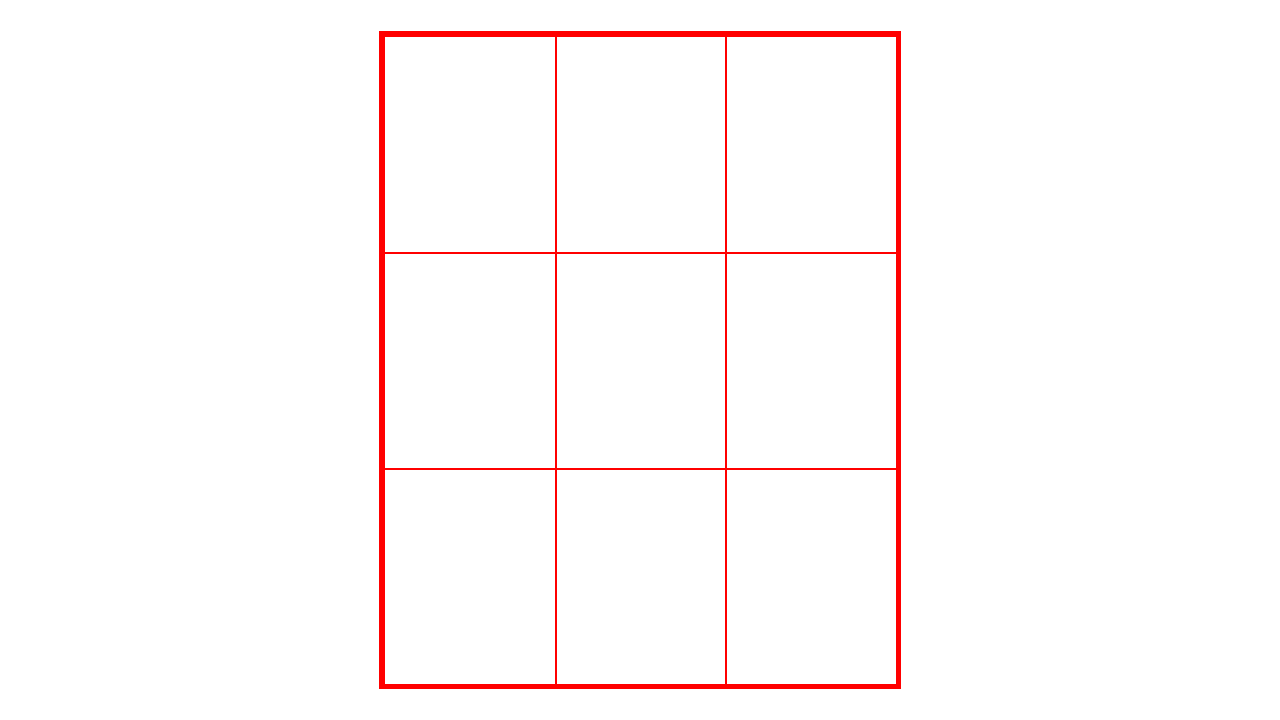
Repository: kocokoy/TOP-tic-tac-toe
Page: index.html
The author's editor kept a copy of each file at every save. The page is drawn from the files as they stood at one save, then again after the next save.
The browser window is 1280 px wide. The pictures show the whole page.

Above is the page before, as saved 2024-11-07 14:45:30.

After the next save:
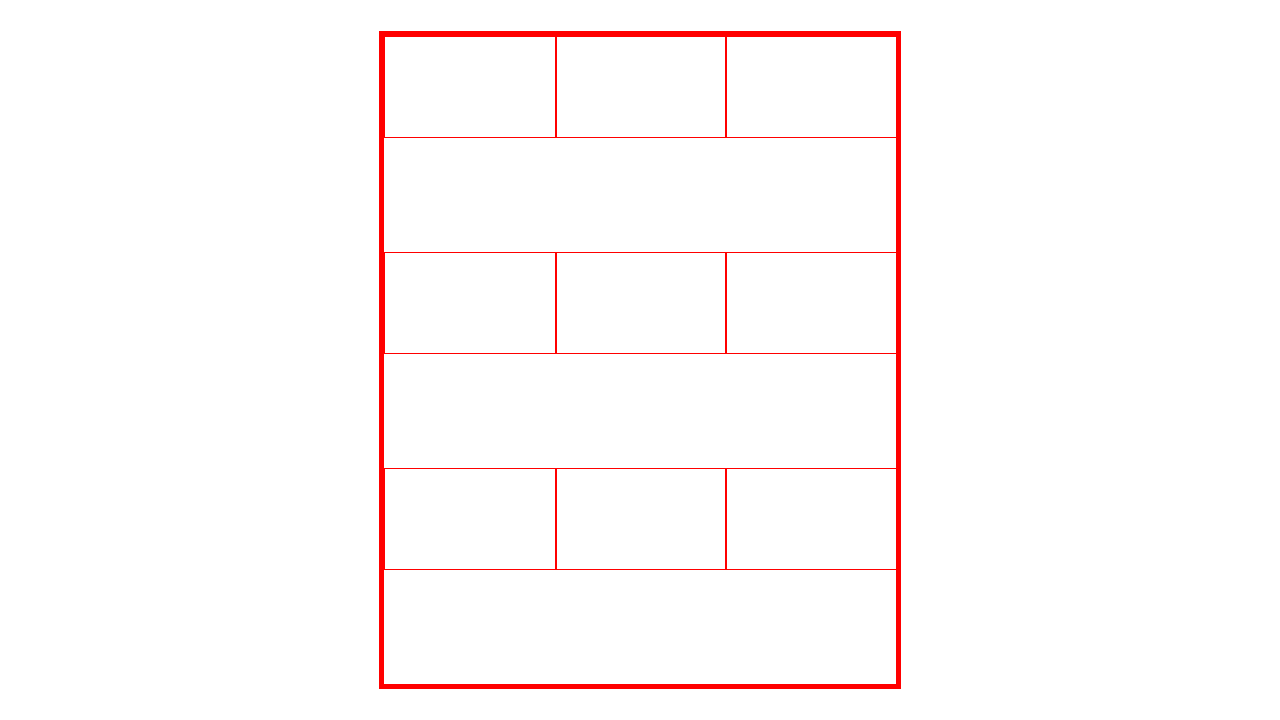
Saved 8 s later.
--- a/styles/style.css
+++ b/styles/style.css
@@ -19,7 +19,7 @@ body{
 }
 .gameboard div{
   border: 1px solid red;
-  height: 100%;
+  height: 100px;
   width: 100%;
   cursor: pointer;
   color: tomato;
